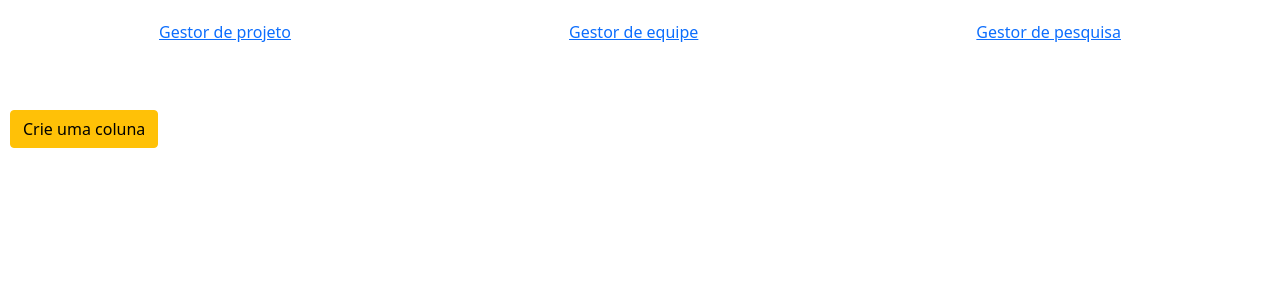
Repository: shadowruge/kanban
Page: index.html
The author's editor kept a copy of each file at every save. The page is drawn from the files as they stood at one save, then again after the next save.
The browser window is 1280 px wide. The pictures show the whole page.

Above is the page before, as saved 2021-06-12 21:26:59.

### index.html
<!DOCTYPE html>
<html lang="en">
  <head>
    <meta charset="UTF-8" />
    <meta http-equiv="X-UA-Compatible" content="IE=edge" />
    <meta name="viewport" content="width=device-width, initial-scale=1.0" />
    <script src="https://cdn.jsdelivr.net/npm/@popperjs/core@2.9.2/dist/umd/popper.min.js" integrity="sha384-IQsoLXl5PILFhosVNubq5LC7Qb9DXgDA9i+tQ8Zj3iwWAwPtgFTxbJ8NT4GN1R8p" crossorigin="anonymous"></script>
<script src="https://cdn.jsdelivr.net/npm/bootstrap@5.0.1/dist/js/bootstrap.min.js" integrity="sha384-Atwg2Pkwv9vp0ygtn1JAojH0nYbwNJLPhwyoVbhoPwBhjQPR5VtM2+xf0Uwh9KtT" crossorigin="anonymous"></script>

    <script src="https://cdn.jsdelivr.net/npm/bootstrap@5.0.1/dist/js/bootstrap.bundle.min.js" integrity="sha384-gtEjrD/SeCtmISkJkNUaaKMoLD0//ElJ19smozuHV6z3Iehds+3Ulb9Bn9Plx0x4" crossorigin="anonymous"></script>
    <link href="https://cdn.jsdelivr.net/npm/bootstrap@5.0.1/dist/css/bootstrap.min.css" rel="stylesheet" integrity="sha384-+0n0xVW2eSR5OomGNYDnhzAbDsOXxcvSN1TPprVMTNDbiYZCxYbOOl7+AMvyTG2x" crossorigin="anonymous">
    <link rel="stylesheet" href="style.css" />

    <title id="Description">Shadow Kanban</title>
  </head>
  <header>
    <nav class="nav">
      <p><a href="#">Gestor de projeto</a></p>
      <p><a href="#">Gestor de equipe</a></p>
      <p><a href="#">Gestor de pesquisa</a></p>

    </nav>
  </header>
  <body>

    <!--botão-->

   <button type="button" class="btn btn-warning" onclick="textareaFunction()">Crie uma coluna</button>

   <br /><br /><br /><br />
    <div class="Linha" style="width:600px;">
    <!-- RECEBE DIVS DINAMICAS -->
    </div>

  </body>


    <script>
      function textareaFunction() {

        var x = document.createElement("textarea");
        var t = document.createTextNode("");
        x.appendChild(t);
        document.body.appendChild(x);
      }
    </script>

</html>

### style.css
/* setando html */
* {

  margin: 0;
  padding: 0;
  border: 0;

}

body{
  background-color:l;
}

/* nav confi fora da tag body */

.nav {

  background-color:l;
  padding: 20px;
  flex-wrap: wrap;
  display: flex;
  justify-content: space-around;

}

  button {

    color: white;
    background-color: brown;
    margin-top: 30px;
    margin-left: 10px;

  }

After the next save:
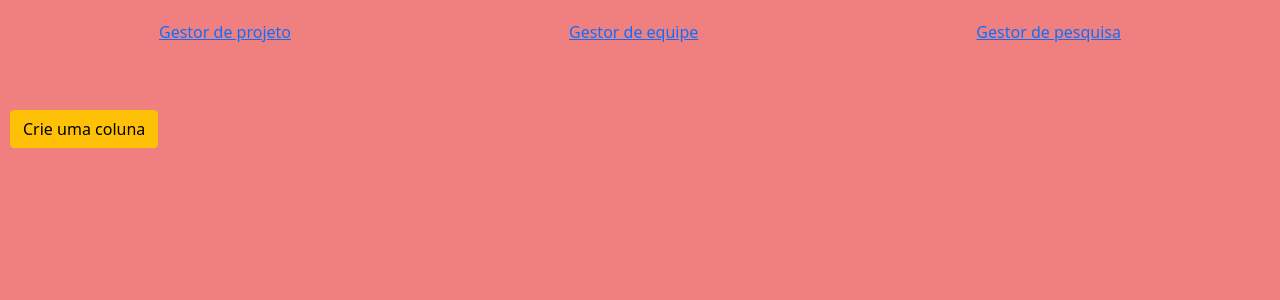
Saved 6 s later.
--- a/style.css
+++ b/style.css
@@ -8,14 +8,14 @@
 }
 
 body{
-  background-color:l;
+  background-color:lightcoral;
 }
 
 /* nav confi fora da tag body */
 
 .nav {
 
-  background-color:l;
+  background-color:lightcoral;
   padding: 20px;
   flex-wrap: wrap;
   display: flex;
